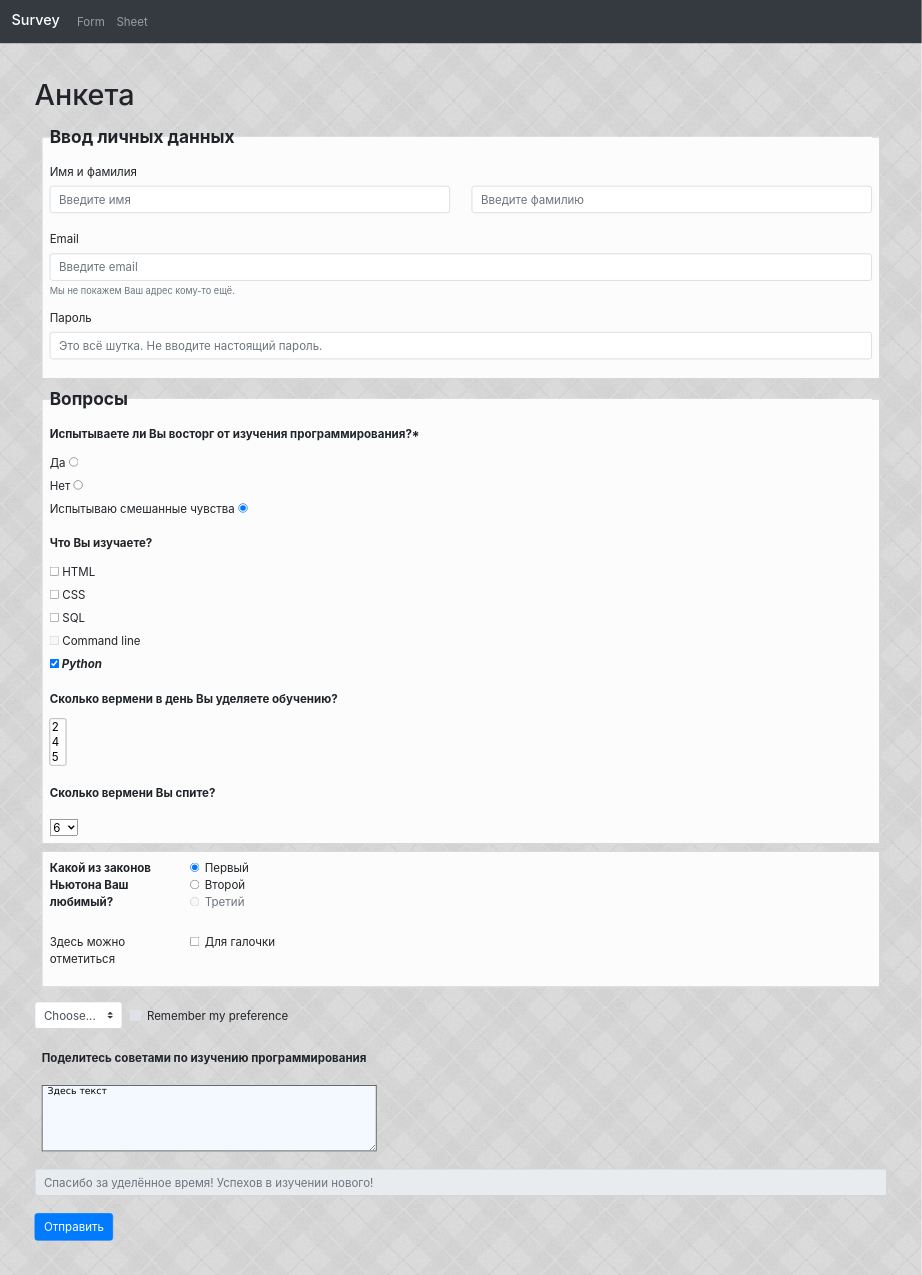
Repository: tavrora/cs50_ide
Page: http://localhost/form
The author's editor kept a record of every edit. The page is drawn from the files as they stood at one moment, then again after the next edit.
The browser window is 1280 px wide. The pictures show the whole page, at 72% of full size.
The page is served by the project's application, run on Flask 3 (pset7/survey/application.py).

Above is the page before.

### pset7/survey/templates/form.html
{% extends "layout.html" %}

{% block main %}

    <!-- http://getbootstrap.com/docs/4.1/content/typography/ -->
    <h1 class="mb-3">Анкета</h1>

    <!-- http://getbootstrap.com/docs/4.1/components/forms/ -->
    <form action="/form" method="post" name="contact_form" onsubmit="return validate_form ( );">

        <!-- TODO -->
        <fieldset>
            <legend>Ввод личных данных</legend>

            <label>Имя и фамилия</label>
            <div class="row">
                <div class="col">
                    <input name="firstname" type="text" class="form-control" placeholder="Введите имя">
                </div>
                <div class="col">
                    <input name="lastname" type="text" class="form-control" placeholder="Введите фамилию">
                </div>
            </div>
            <br />
            <div class="form-group">
                <label for="exampleInputEmail1">Email</label>
                <input name="email" type="email" class="form-control" id="exampleInputEmail1" aria-describedby="emailHelp" placeholder="Введите еmail">
                <small id="emailHelp" class="form-text text-muted">Мы не покажем Ваш адрес кому-то ещё.</small>
            </div>
            <div class="form-group">
                <label for="exampleInputPassword1">Пароль</label>
                <input name="password" type="password" class="form-control" id="exampleInputPassword1" placeholder="Это всё шутка. Не вводите настоящий пароль.">
            </div>
        </fieldset>

        <fieldset>
            <legend>Вопросы</legend>
            <p class="question">Испытываете ли Вы восторг от изучения программирования?*</p>
            <p>
                <label>Да <input type="radio" name="vostorg" value="yes"></label>
                <br />
                <label>Нет <input type="radio" name="vostorg" value="no"></label>
                <br />
                <label>Испытываю смешанные чувства <input type="radio" name="vostorg" value="yy" checked></label>
            </p>

            <p class="question">Что Вы изучаете?</p>
            <p>
                <label><input type="checkbox" name="html"> HTML</label>
                <br />
                <label><input type="checkbox" name="css"> CSS</label>
                <br />
                <label><input type="checkbox" name="sql"> SQL</label>
                <br />
                <label><input type="checkbox" name="commandline" disabled> Сommand line</label>
                <br />
                <label><input type="checkbox" name="python" checked><b><i> Python</i></b></label>
            </p>

            <p class="question">Сколько вермени в день Вы уделяете обучению?</p>
            <select name="lerns" size="3" multiple>
                <option>2</option>
                <option>4</option>
                <option>5</option>
                <option>8</option>
                <option>10</option>
            </select>
            <br />
            <br />

            <p class="question"><label for="sleep">Сколько вермени Вы спите?</label></p>
            <select name="sleep" id="sleep">
                <option>5</option>
                <option selected>6</option>
                <option value="seven">7</option>
                <option>8</option>
                <option>12</option>
            </select>

        </fieldset>

        <fieldset class="form-group">
            <div class="row">
                <legend class="col-form-label col-sm-2 pt-0">Какой из законов Ньютона Ваш любимый?</legend>
                <div class="col-sm-10">
                <div class="form-check">
                    <input class="form-check-input" type="radio" name="gridRadios" id="gridRadios1" value="option1" checked>
                    <label class="form-check-label" for="gridRadios1">
                        Первый
                    </label>
                </div>
                <div class="form-check">
                    <input class="form-check-input" type="radio" name="gridRadios" id="gridRadios2" value="option2">
                    <label class="form-check-label" for="gridRadios2">
                        Второй
                    </label>
                </div>
                <div class="form-check disabled">
                    <input class="form-check-input" type="radio" name="gridRadios" id="gridRadios3" value="option3" disabled>
                    <label class="form-check-label" for="gridRadios3">
                        Третий
                    </label>
                </div>
              </div>
            </div>

            <br />

            <div class="form-group row">
                <div class="col-sm-2">Здесь можно отметиться</div>
                <div class="col-sm-10">
                    <div class="form-check">
                        <input class="form-check-input" type="checkbox" id="gridCheck1">
                        <label class="form-check-label" for="gridCheck1">
                            Для галочки
                        </label>
                    </div>
                </div>
            </div>

        </fieldset>

        <div class="form-row align-items-center">
            <div class="col-auto my-1">
                <label class="mr-sm-2 sr-only" for="inlineFormCustomSelect">Preference</label>
                <select class="custom-select mr-sm-2" id="inlineFormCustomSelect">
                    <option selected>Choose...</option>
                    <option value="1">One</option>
                    <option value="2">Two</option>
                    <option value="3">Three</option>
                </select>
            </div>
            <div class="col-auto my-1">
                <div class="custom-control custom-checkbox mr-sm-2">
                    <input type="checkbox" class="custom-control-input" id="customControlAutosizing">
                    <label class="custom-control-label" for="customControlAutosizing">Remember my preference</label>
                </div>
            </div>
        </div>

        <br />
        <p class=" question tp"><label for="text">Поделитесь советами по изучению программирования</label></p>
        <p><textarea name="text" cols="30" rows="6" id="text">Здесь текст</textarea></p>

        <input class="form-control" type="text" placeholder="Спасибо за уделённое время! Успехов в изучении нового!" readonly>
        <br />

        <!-- http://getbootstrap.com/docs/4.1/components/buttons/ -->
        <button class="btn btn-primary" type="submit">Отправить</button>

    </form>

    <script>
        // источник https://ruseller.com/lessons.php?id=592&rub=28

        function validate_form()
        {
        	valid = true;
            // 	проверка имени на фронте и на бэке
            if (document.contact_form.firstname.value == "")
            {
                alert ("Пожалуйста, введите Ваше имя.");
                valid = false;
            }

            if (document.contact_form.lastname.value == "")
            {
                alert ("Пожалуйста, введите Вашу фамилию.");
                valid = false;
            }

            if (document.contact_form.exampleInputEmail1.value == "")
            {
                alert ("Пожалуйста, введите Ваш email.");
                valid = false;
            }

            // для радиокнопок только фронтовая проверка
            if ((document.contact_form.vostorg[0].checked == false ) && ( document.contact_form.vostorg[1].checked == false ) && ( document.contact_form.vostorg[2].checked == false))
            {
                alert ("Пожалуйста, укажите тип восторга.");
                valid = false;
            }

            return valid;
        }

    </script>

{% endblock %}

### pset7/survey/templates/layout.html
<!DOCTYPE html>

<html>

    <head>

        <meta name="viewport" content="initial-scale=1, width=device-width">

        <!-- http://getbootstrap.com/docs/4.1/ -->
        <link href="https://stackpath.bootstrapcdn.com/bootstrap/4.1.3/css/bootstrap.min.css" rel="stylesheet">
        <script src="https://code.jquery.com/jquery-3.3.1.min.js"></script>
        <script src="https://cdnjs.cloudflare.com/ajax/libs/popper.js/1.14.3/umd/popper.min.js"></script>
        <script src="https://stackpath.bootstrapcdn.com/bootstrap/4.1.3/js/bootstrap.min.js"></script>

        <link href="/static/styles.css" rel="stylesheet">

        <title>Survey</title>

    </head>

    <body>

        <!-- http://getbootstrap.com/docs/4.1/components/navbar/ -->
        <nav class="navbar navbar-expand-sm navbar-dark bg-dark">
            <a class="navbar-brand mb-1 h1" href="/">Survey</a>
            <button aria-controls="navbarNav" aria-expanded="false" aria-label="Toggle navigation" class="navbar-toggler" type="button" data-target="#navbarNav" data-toggle="collapse">
                <span class="navbar-toggler-icon"></span>
            </button>
            <div class="collapse navbar-collapse" id="navbarNav">
                <ul class="navbar-nav">
                    <li class="nav-item">
                        <a class="nav-link" href="/form">Form</a>
                    </li>
                    <li class="nav-item">
                        <a class="nav-link" href="/sheet">Sheet</a>
                    </li>
                </ul>
            </div>
        </nav>

        <!-- http://getbootstrap.com/docs/4.1/layout/overview/#containers -->
        <main class="container-fluid p-5">
            {% block main %}{% endblock %}
        </main>

    </body>

</html>

### pset7/survey/application.py
import cs50
import csv

from flask import Flask, jsonify, redirect, render_template, request

# Configure application
app = Flask(__name__)

# Reload templates when they are changed
app.config["TEMPLATES_AUTO_RELOAD"] = True


@app.after_request
def after_request(response):
    """Disable caching"""
    response.headers["Cache-Control"] = "no-cache, no-store, must-revalidate"
    response.headers["Expires"] = 0
    response.headers["Pragma"] = "no-cache"
    return response


@app.route("/", methods=["GET"])
def get_index():
    return redirect("/form")


@app.route("/form", methods=["GET"])
def get_form():
    return render_template("form.html")


@app.route("/form", methods=["POST"])
def post_form():
    # (в скобках значения атрибута "name"?)
    firstname = request.form.get("firstname")     # это серверная проверка пустоты формы на случай отключения js
    lastname = request.form.get("lastname")
    password = request.form.get("password")     # проверка только на бэке
    if not firstname or not lastname or not password:
        return render_template("error.html", message="Вы, хитрец, отключили js и не заполнили имя или пароль (или просто не заполнили пароль). Пожалуйста, заполните указанные поля")

    # в случае валидных данных (заполнены имя и пароль) - сохраняем данные в файле csv
    # и переводим пользователя на таблицу просмотра данных

    with open("survey.csv", "a") as file:
        writer = csv.writer(file)
        writer.writerow((request.form.get("firstname"), request.form.get("lastname"),
                         request.form.get("email"), request.form.get("password"),
                         request.form.get("text")))

    return redirect("/sheet")


@app.route("/sheet", methods=["GET"])
def get_sheet():
    with open("survey.csv", "r") as file:
        reader = csv.reader(file)
        respondents = list(reader)
    return render_template("sheet.html", respondents=respondents)

### pset7/survey/static/styles.css
/* TODO */

body {
	/*font: 13px Verdana, sans-serif;*/
	/*color: #333333;*/
	/*background-color: #808080;*/
	background-image: url(102.png);
}

legend {
	font-weight: bold;
}

.question {
	font-weight: bold;
}

.tp {
	margin-left: 10px;
}

fieldset {
	padding: 10px;
	margin: 10px;
	border: 1px solid #cccccc;
	background-color: #FCFCFC;
}

textarea {
	border: 1px solid #333333;
	background-color: #F4F9FF;
	width: 465px;
	margin: 2px 10px;
	font: 13px Verdana, sans-serif;
	padding: 0 7px;
}

textarea:focus {
	border: 2px solid #7AA5DA;
	background-color: #FFFFFF;
}

label {
	cursor: pointer;
}

.input {
	border: 1px solid #333333;
	width: 300px;
	height: 27px;
	background-image: url(../images/inputbg.jpg);
	background-repeat: repeat-x;
	font: 13px Verdana, sans-serif;
	line-height: 27px; /* для IE */
	padding: 0 7px;
}

.input:focus {
	border: 2px solid #7AA5DA;
	background: none;
	background-color: #FFFFFF;
}

After the next edit:
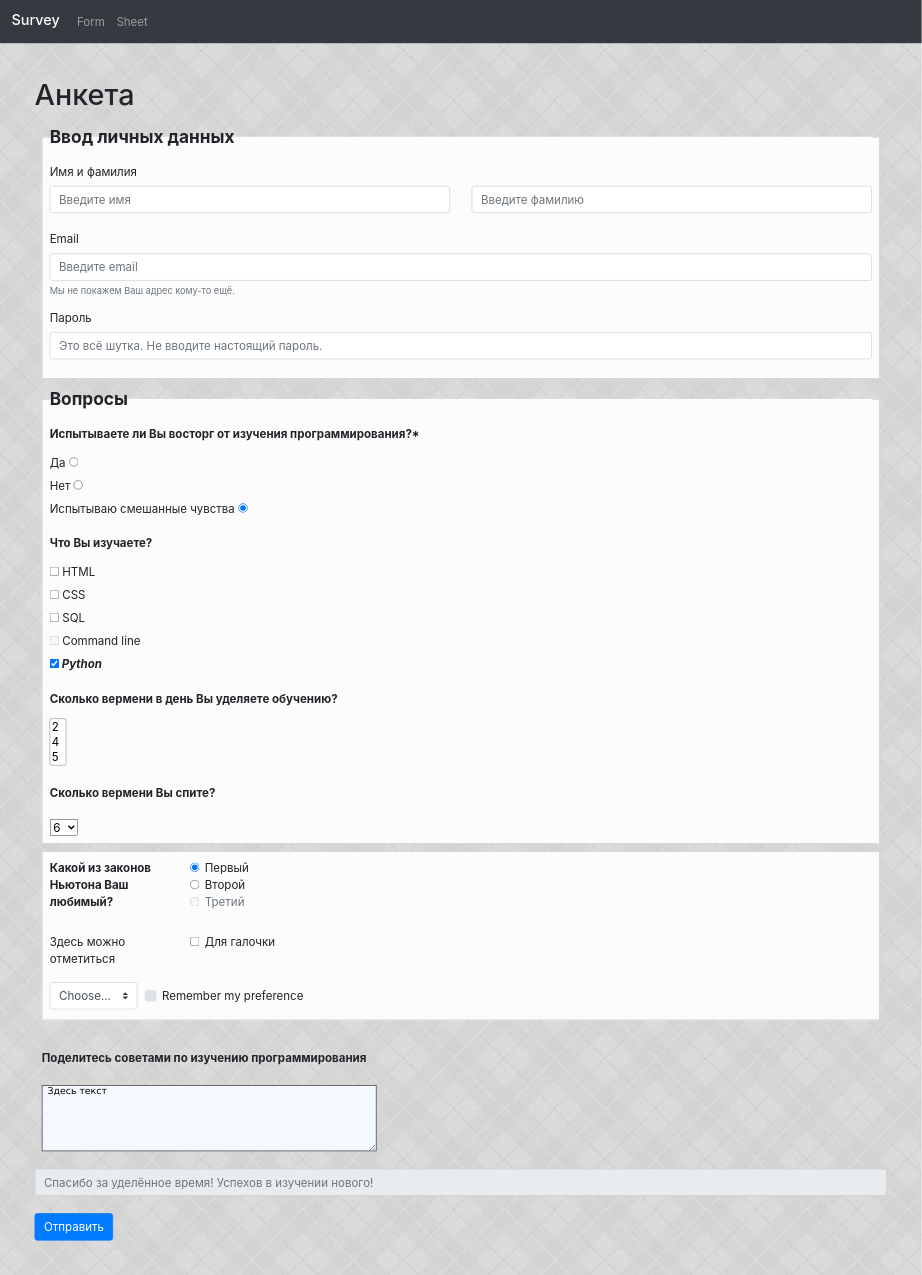
The edit:
--- a/pset7/survey/templates/form.html
+++ b/pset7/survey/templates/form.html
@@ -118,25 +118,25 @@
                 </div>
             </div>
 
-        </fieldset>
-
-        <div class="form-row align-items-center">
-            <div class="col-auto my-1">
-                <label class="mr-sm-2 sr-only" for="inlineFormCustomSelect">Preference</label>
-                <select class="custom-select mr-sm-2" id="inlineFormCustomSelect">
-                    <option selected>Choose...</option>
-                    <option value="1">One</option>
-                    <option value="2">Two</option>
-                    <option value="3">Three</option>
-                </select>
-            </div>
-            <div class="col-auto my-1">
-                <div class="custom-control custom-checkbox mr-sm-2">
-                    <input type="checkbox" class="custom-control-input" id="customControlAutosizing">
-                    <label class="custom-control-label" for="customControlAutosizing">Remember my preference</label>
+            <div class="form-row align-items-center">
+                <div class="col-auto my-1">
+                    <label class="mr-sm-2 sr-only" for="inlineFormCustomSelect">Preference</label>
+                    <select class="custom-select mr-sm-2" id="inlineFormCustomSelect">
+                        <option selected>Choose...</option>
+                        <option value="1">One</option>
+                        <option value="2">Two</option>
+                        <option value="3">Three</option>
+                    </select>
+                </div>
+                <div class="col-auto my-1">
+                    <div class="custom-control custom-checkbox mr-sm-2">
+                        <input type="checkbox" class="custom-control-input" id="customControlAutosizing">
+                        <label class="custom-control-label" for="customControlAutosizing">Remember my preference</label>
+                    </div>
                 </div>
             </div>
-        </div>
+
+        </fieldset>
 
         <br />
         <p class=" question tp"><label for="text">Поделитесь советами по изучению программирования</label></p>
